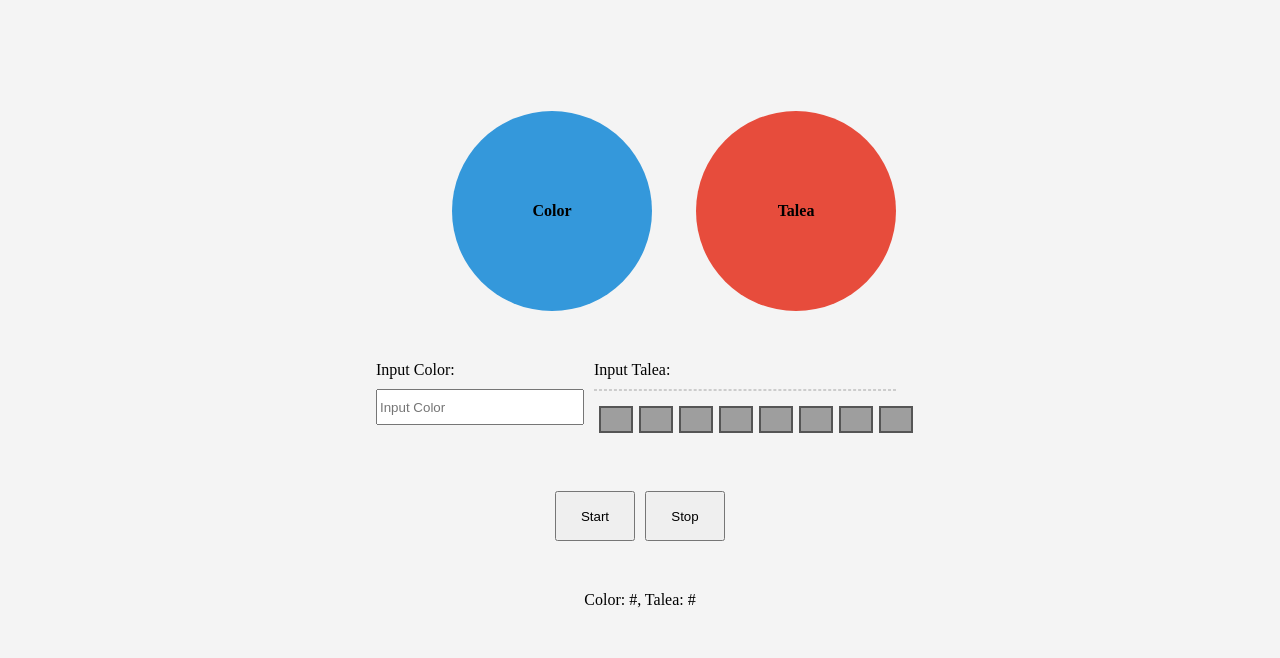
Repository: boshi-an/Isorhythm
Page: .vscode/Isorhythm/index.html
These files come from the project's save history. The page is drawn as it stood at one moment and after the next save; the edit follows.
The browser window is 1280 px wide. The pictures show the whole page.
Pictures or frames that could not be fetched are drawn as grey boxes.

Above is the page before, as saved 2023-10-19 02:30:13.

After the next save:
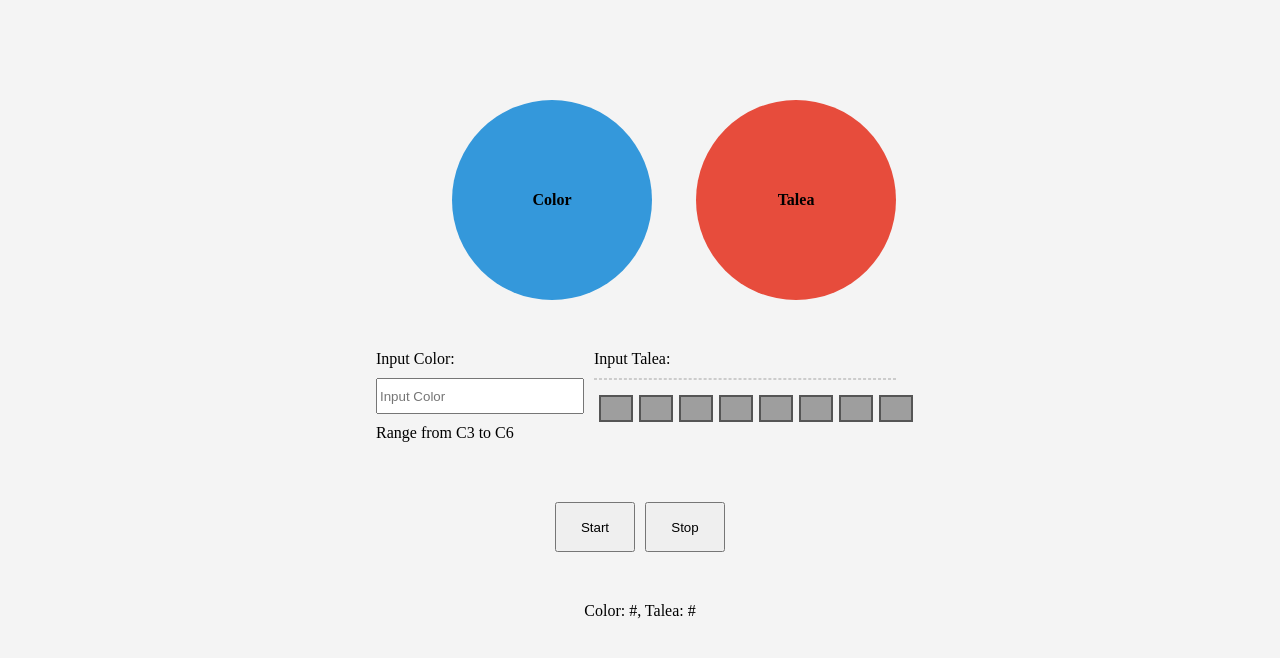
Saved 110 s later.
--- a/.vscode/Isorhythm/index.html
+++ b/.vscode/Isorhythm/index.html
@@ -21,6 +21,7 @@
         <div class="taleaInputContainer">
             <div class="h3">Input Color:</div>
             <input type="text" id="input1" placeholder="Input Color">
+            <div>Range from C3 to C6</div>
         </div>
         <div class="taleaInputContainer">
             <div class="h3">Input Talea:</div>
